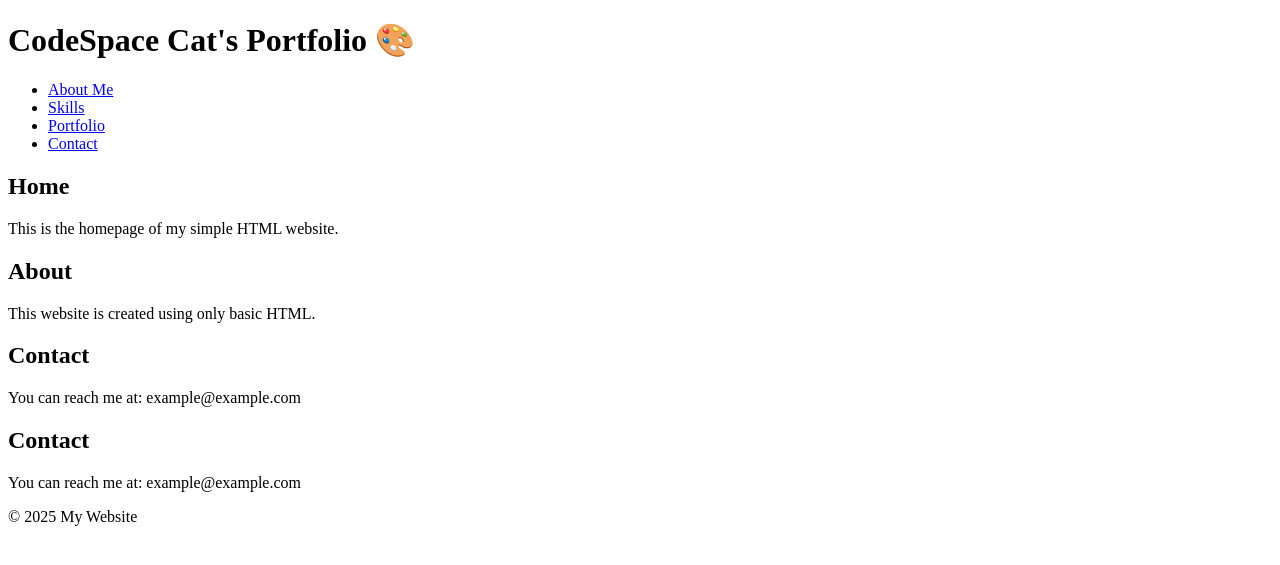
Repository: andajonas/Module_04_ANDJON25111_fto2502_A2_Anda-Jonas_SDF02
Page: index.html
The author's editor kept a copy of each file at every save. The page is drawn from the files as they stood at one save, then again after the next save.
The browser window is 1280 px wide. The pictures show the whole page.

Above is the page before, as saved 2025-03-05 08:57:14.

After the next save:
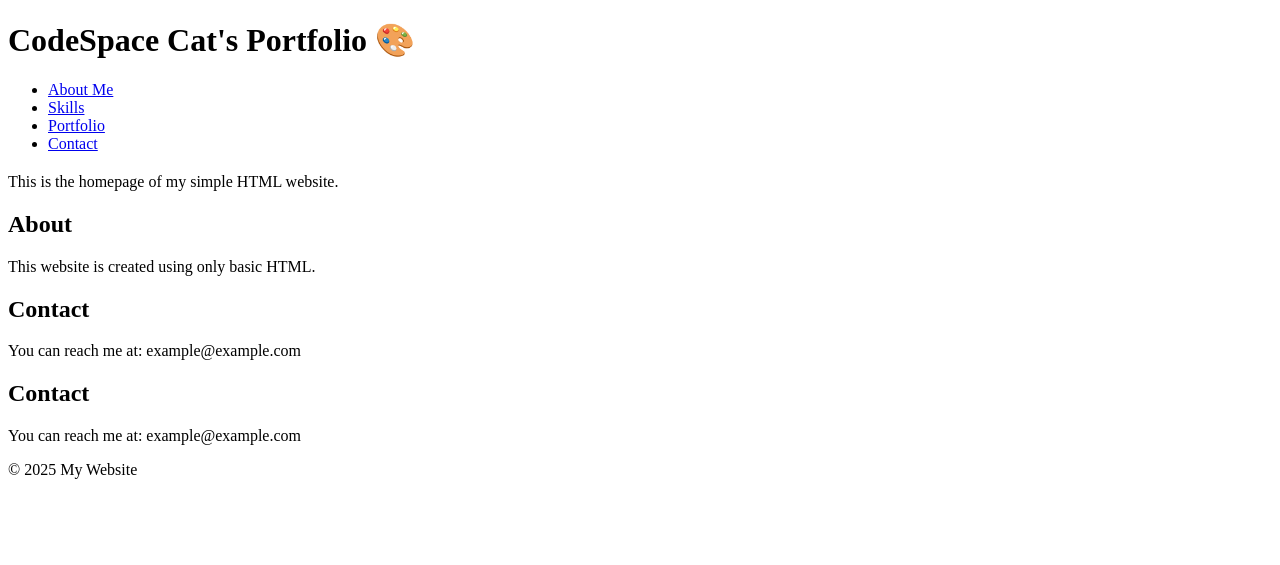
Saved 22 s later.
--- a/index.html
+++ b/index.html
@@ -16,7 +16,7 @@
         </ul>
     </nav>
     <section id="about me">
-        <h2>Home</h2>
+        <h2></h2>
         <p>This is the homepage of my simple HTML website.</p>
     </section>
     <section id="skills">
